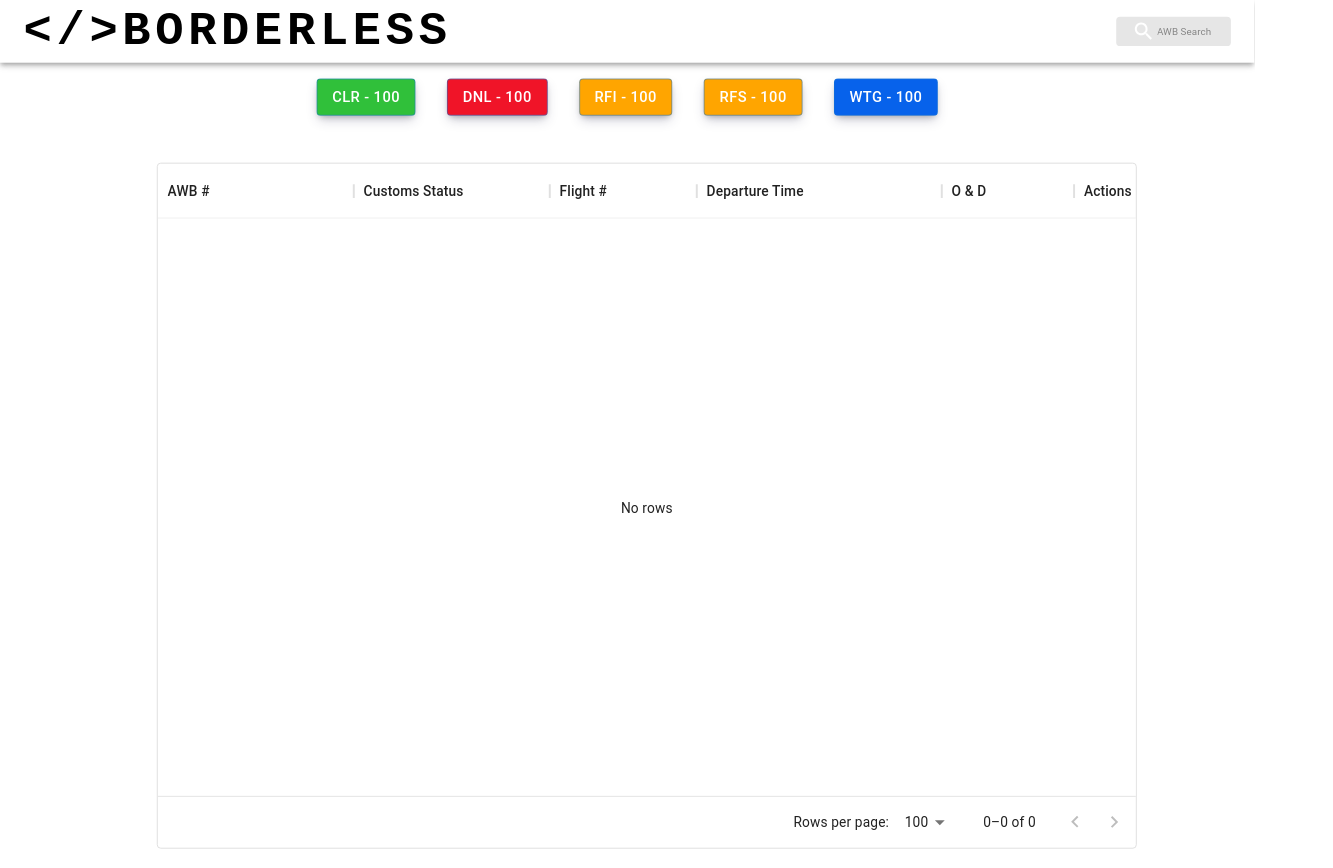
Repository: marlonguerios/onerecord_hackathon_2022
Page: /borderless
The author's editor kept a copy of each file at every save. The page is drawn from the files as they stood at one save, then again after the next save.
The browser window is 1280 px wide. The page is 1280 px wide, then 1360 px, so the pictures cover 1360 px, including what lies to the right of the window. The pictures show the whole page, at 98% of full size.
The project was rebuilt for these pictures with package versions that can differ from the ones it lists, and the page was loaded fresh each time. Also part of the build but not shown: src/Dashboard.js, src/Customs.css, src/CustomsHeader.js, src/CustomsContent.js, src/CustomsDashboard.js.

Above is the page before, as saved 2022-10-23 10:16:02.

After the next save:
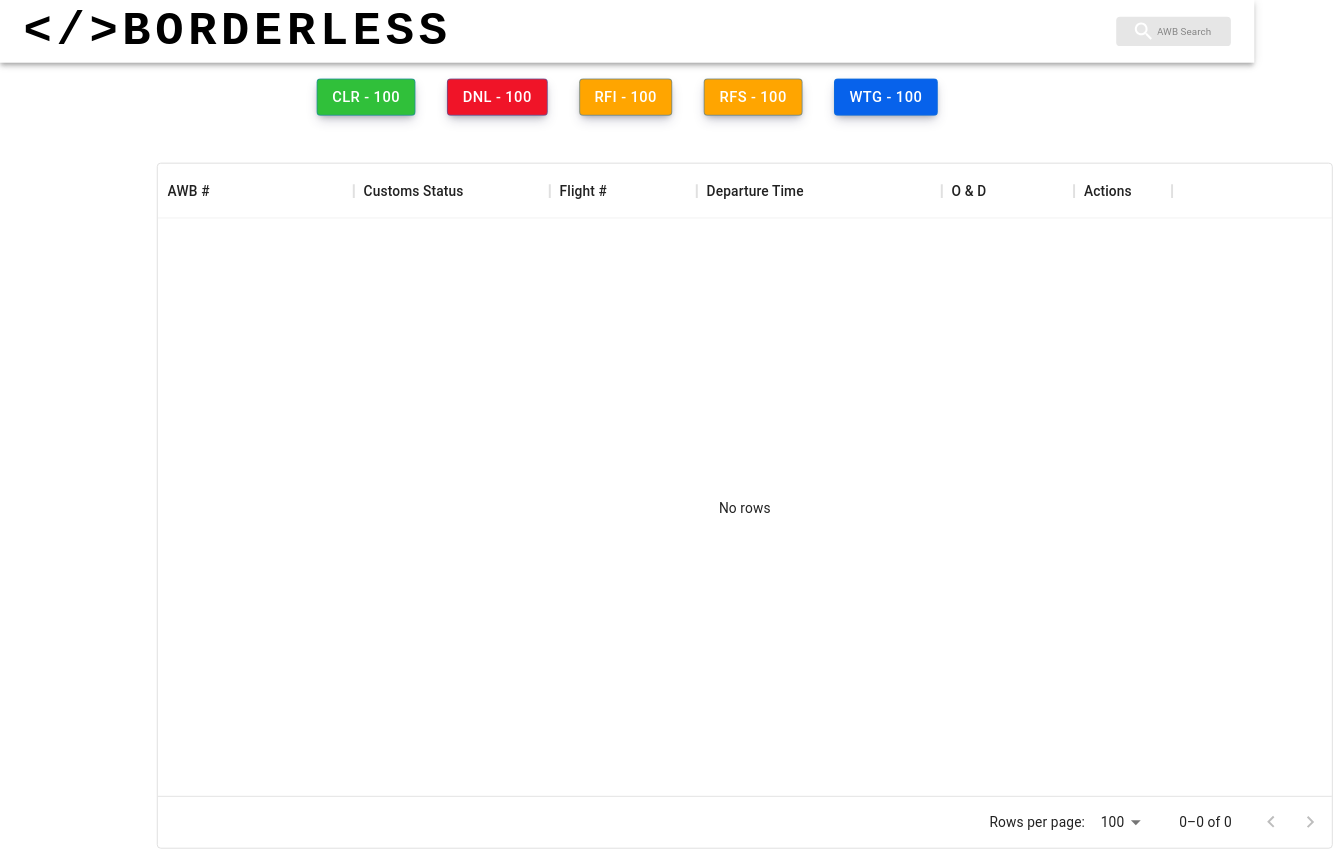
Saved 10 s later.
--- a/src/Warehouse.js
+++ b/src/Warehouse.js
@@ -363,7 +363,7 @@ class Warehouse extends Component {
                 ))}
             </Box>
             <div style={{ backgroundColor: "white", height: "100%", padding: "2rem 10rem 0rem 10rem" }} >
-                <div style={{ height: 700, width: "1000px" }}>
+                <div style={{ height: 700, width: "1200px" }}>
                     <DataGrid sx={{ marginTop: 0 }} rows={this.state.gridRows} columns={this.state.gridColumns} />
                 </div>
             </div>
